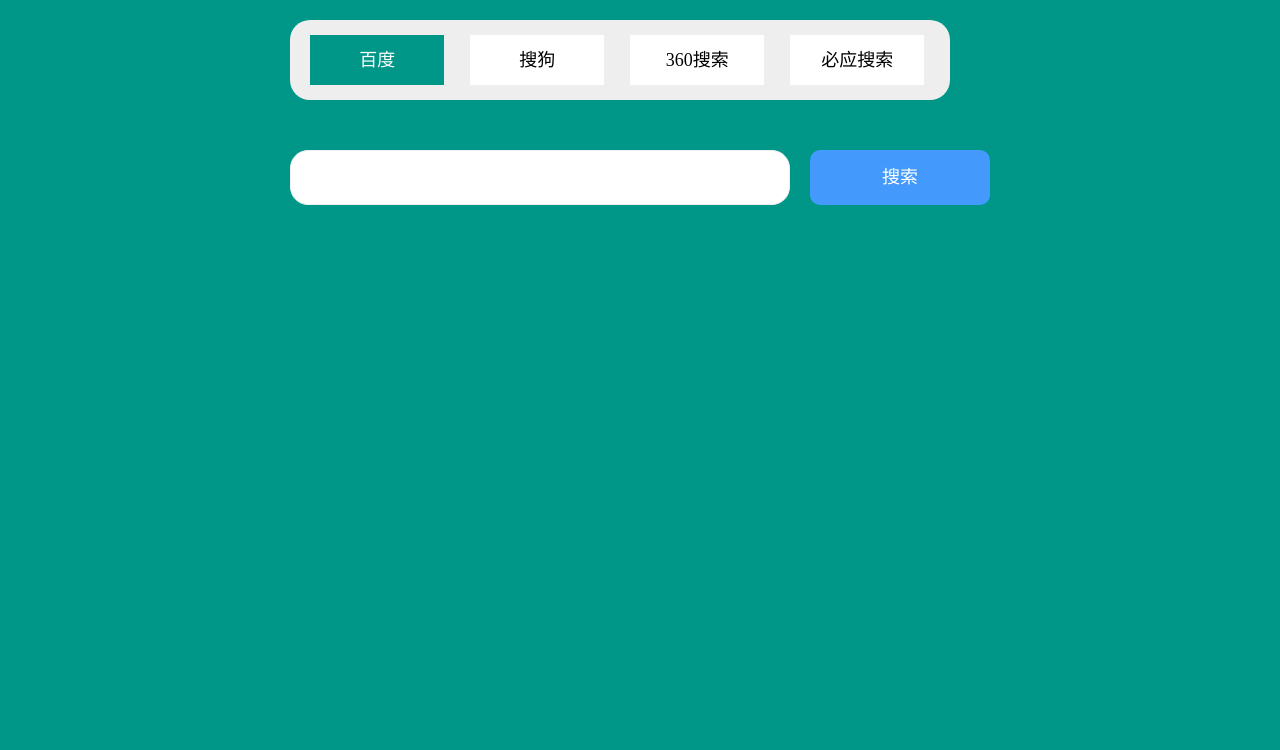
Repository: hellobz/duosousuoyinqing
Page: sousuo.html
These files come from the project's save history. The page is drawn as it stood at one moment and after the next save; the edit follows.
The browser window is 1280 px wide. The pictures show the whole page.
Some web libraries are served in a nearby version.

Above is the page before, as saved 2022-05-22 11:08:27.

After the next save:
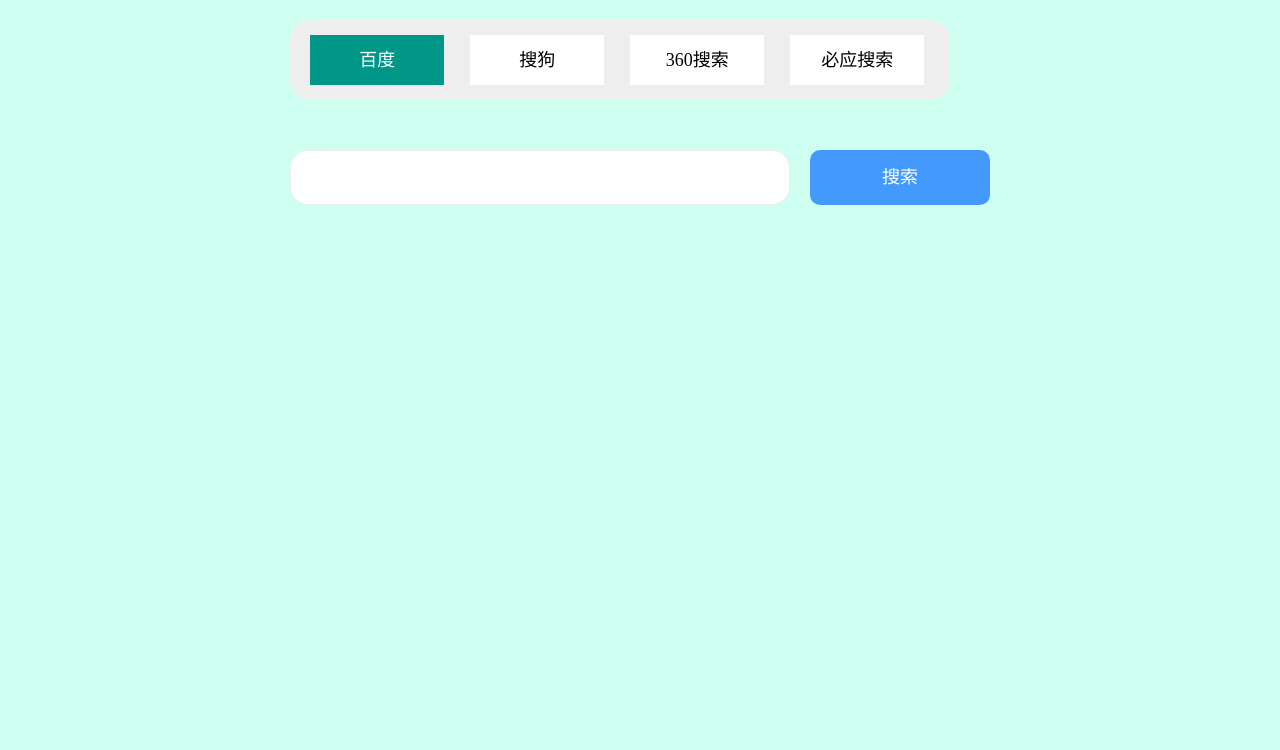
Saved 2 days later.
--- a/sousuo.html
+++ b/sousuo.html
@@ -13,7 +13,8 @@
         }
 
         body {
-            background-color: #009688;
+            /* background-color: #009688; */
+            background-color: #cefff1;
             min-height: 730px;
         }
 
